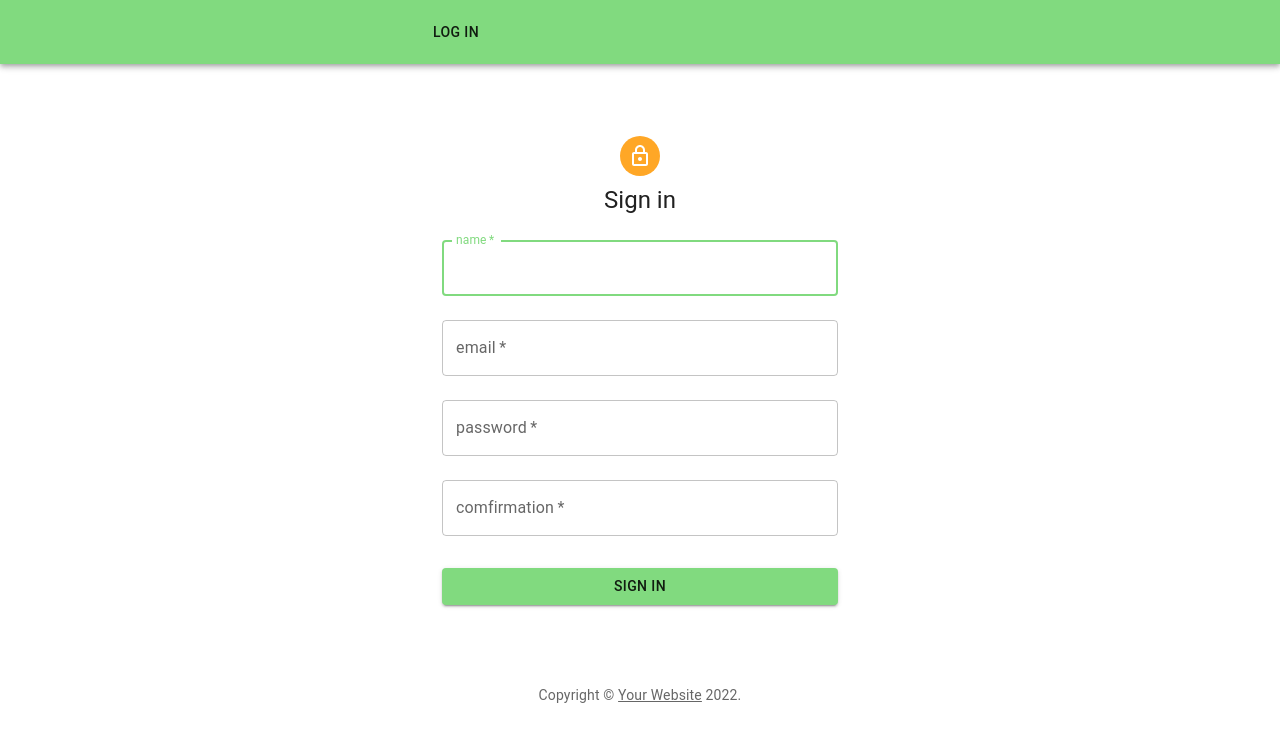
Repository: motohiro0410/motsufood
Page: /signin (app in frontend/)
These files come from the project's save history. The page is drawn as it stood at one moment and after the next save; the edit follows.
The browser window is 1280 px wide. The pictures show the whole page.
The project was rebuilt for these pictures with package versions that can differ from the ones it lists, and the page was loaded fresh each time. Also part of the build but not shown: frontend/src/App.css, frontend/src/components/pages/Login.tsx, frontend/src/components/organisms/Footer.tsx, frontend/src/components/organisms/MainHeader.tsx, frontend/src/components/organisms/UserDetailModal.tsx, frontend/src/components/pages/Home.tsx, frontend/src/components/pages/Money.tsx, frontend/src/components/organisms/GroupHeader.tsx and 3 more.

Above is the page before, as saved 2022-08-10 23:16:37.

After the next save:
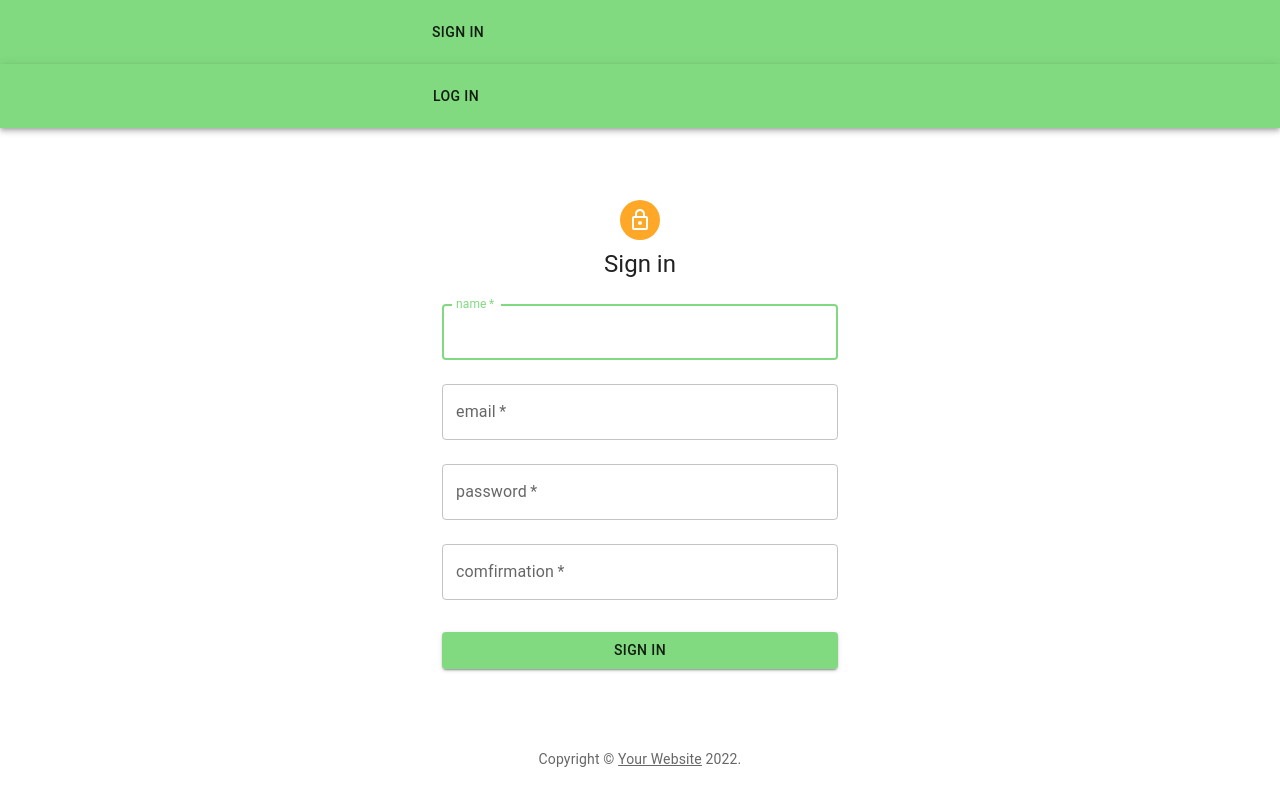
Saved 107 s later.
--- a/frontend/src/components/pages/SignIn.tsx
+++ b/frontend/src/components/pages/SignIn.tsx
@@ -11,6 +11,7 @@ import Link from '@mui/material/Link';
 import LockOutlinedIcon from '@mui/icons-material/LockOutlined';
 import Typography from '@mui/material/Typography';
 import Container from '@mui/material/Container';
+import { SignInHeader } from '../organisms/SignInHeader';
 // import { createTheme, ThemeProvider } from '@mui/material/styles';
 
 
@@ -43,6 +44,7 @@ export const SignIn = () => {
 
   return (
       <>
+        <SignInHeader onClickLogIn={onClickLogIn}/>
         <Box>
           <AppBar position="static" >
             <Toolbar sx={{ ml: 50 }}>
